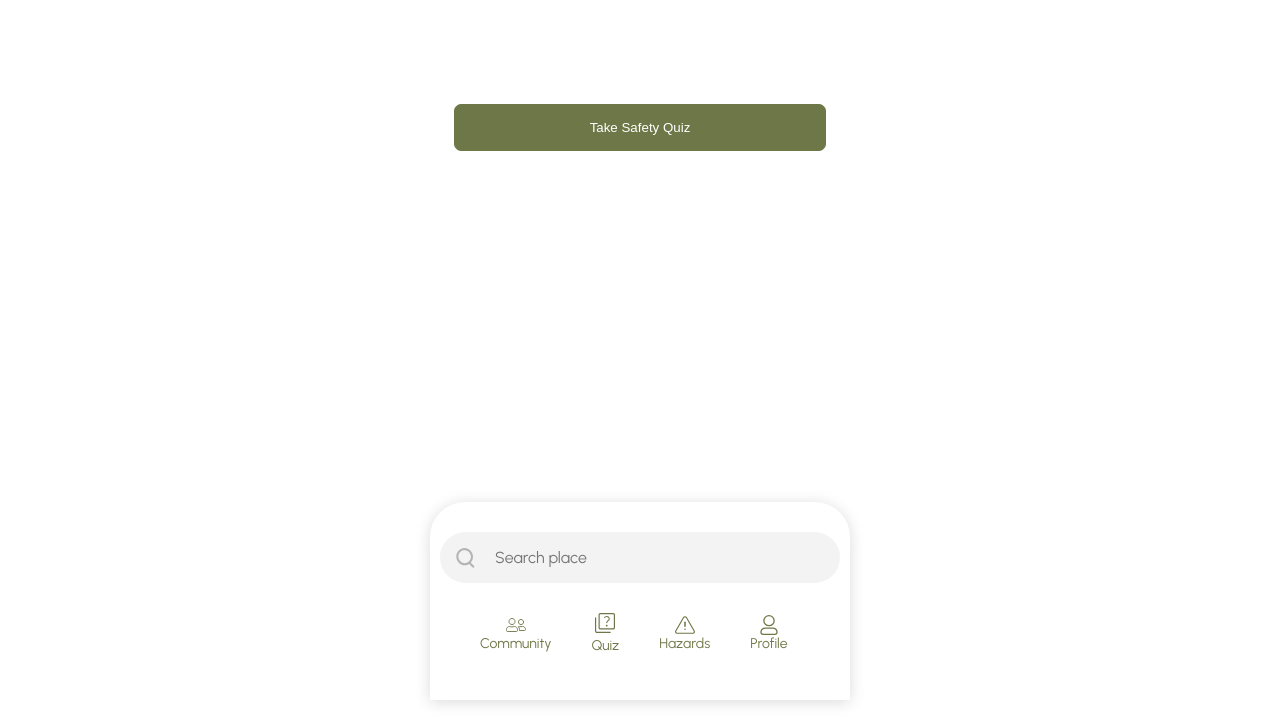
Repository: Aladdin3r/SafeCycle
Page: /
These files come from the project's save history. The page is drawn as it stood at one moment and after a run of saves; the edit follows.
The browser window is 1280 px wide. The pictures show the whole page.
The project was rebuilt for these pictures with package versions that can differ from the ones it lists, and the page was loaded fresh each time. The framework's server and built-in components were replaced by stand-ins that run in the browser.

Above is the page before, as saved 2024-04-15 13:18:42.

After the next 4 saves:
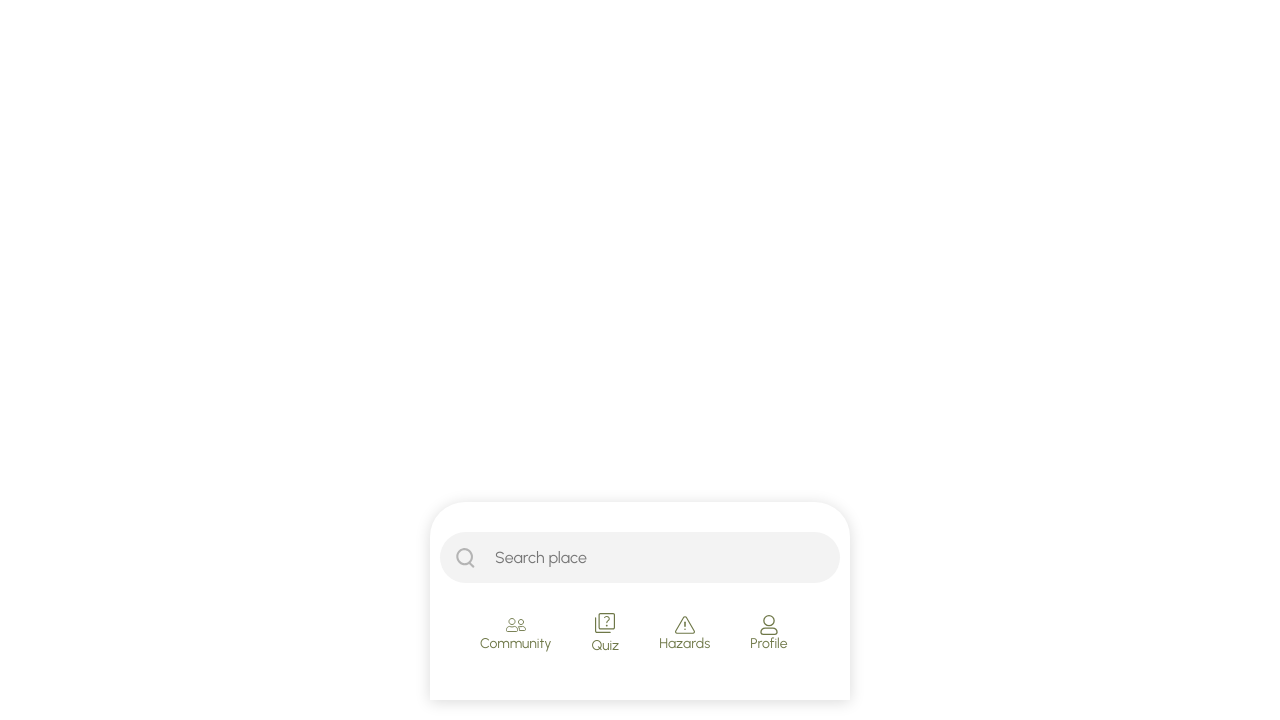
The 4 saves are shown as one change because they came seconds apart.
The last was saved 26 s later.
--- a/pages/index.js
+++ b/pages/index.js
@@ -1,6 +1,5 @@
 import Head from "next/head";
 import styles from "@/styles/Home.module.css";
-import Link from 'next/link'
 import NavBar from "@/components/NavBar";
 
 
@@ -14,10 +13,6 @@ export default function Home() {
         <link rel="icon" href="/favicon3.png" />
       </Head>
       <main className={`${styles.main}`}>
-
-        <Link href="/quiz/questionOne">
-          <button  className={styles.button}>Take Safety Quiz</button>
-        </Link>
         <NavBar />
       </main>
     </>
